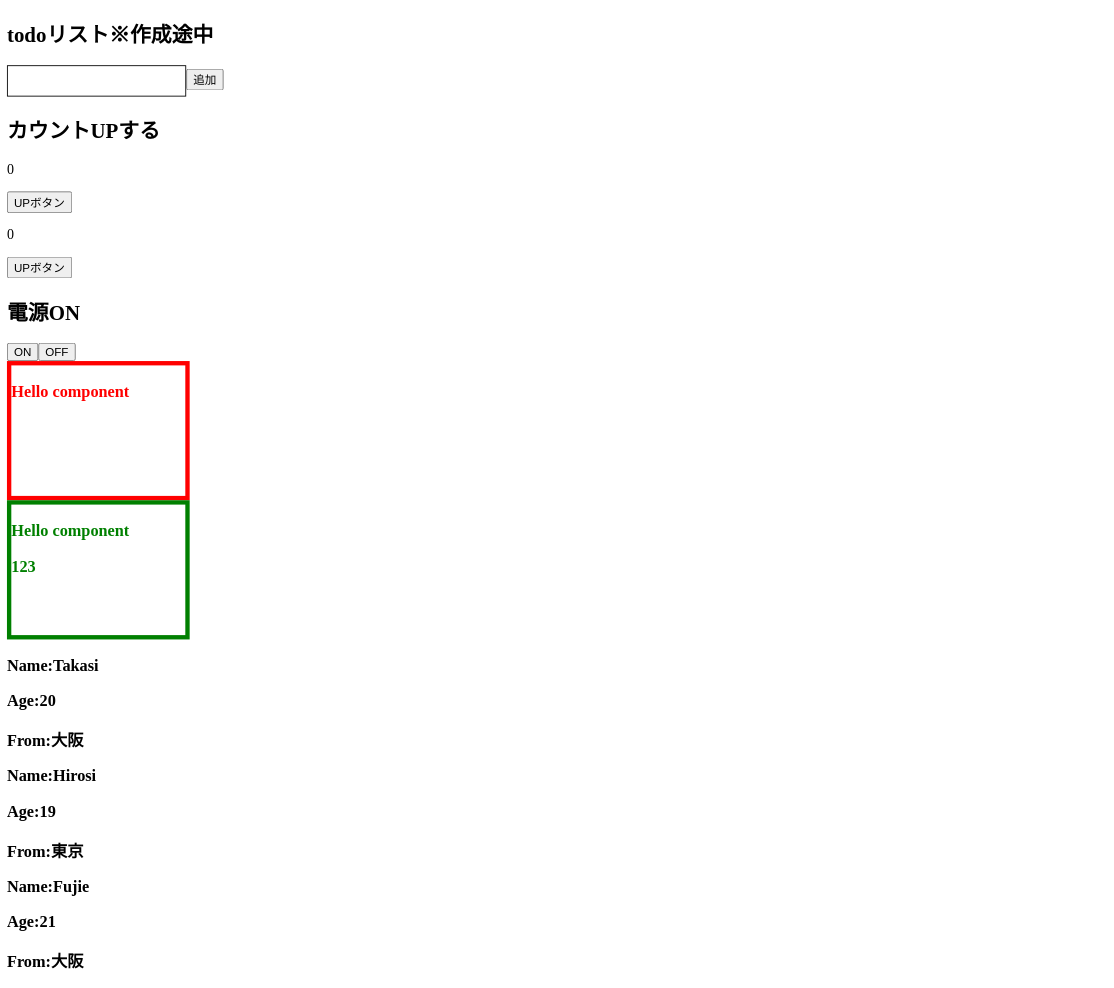
Repository: FujieRyou/react_practice
Page: /
These files come from the project's save history. The page is drawn as it stood at one moment and after the next save; the edit follows.
The browser window is 1280 px wide. The pictures show the whole page, at 87% of full size.
The project was rebuilt for these pictures with package versions that can differ from the ones it lists, and the page was loaded fresh each time. Also part of the build but not shown: vite.config.js.

Above is the page before, as saved 2023-01-13 16:39:27.

After the next save:
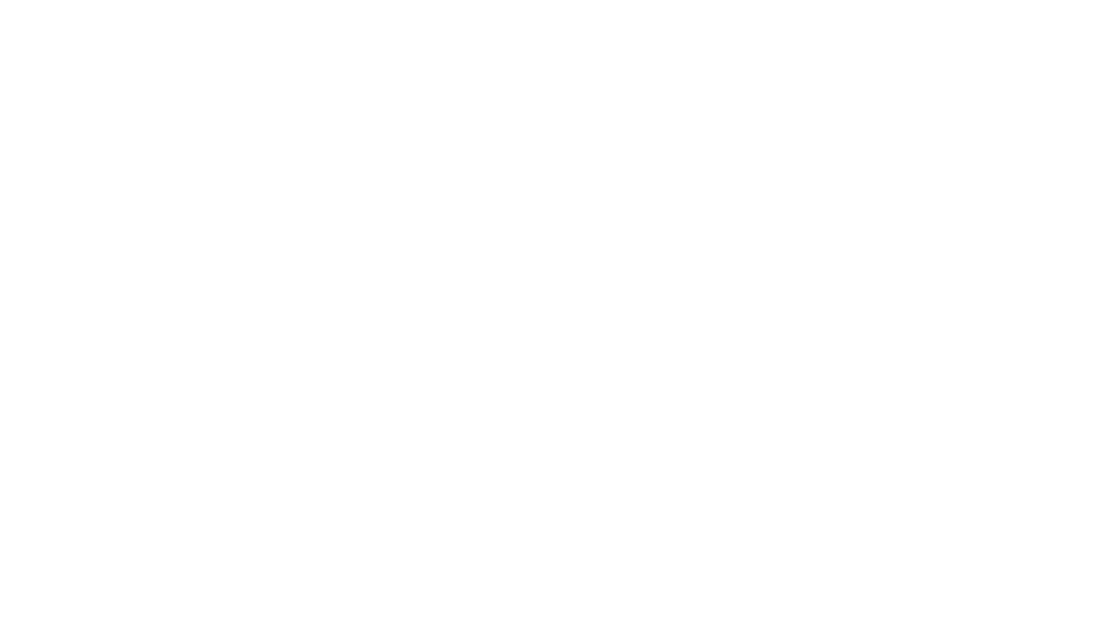
Console error: ReferenceError: changeIvent is not defined
Saved 37 s later.
--- a/src/App.jsx
+++ b/src/App.jsx
@@ -8,6 +8,7 @@
 import SwitchFlag from "./components/switchFlag"
 import PropsPractice from "./components/props1"
 import Profile from "./components/profile"
+import changeIvent from "./components/ivent"
 
 
 const App = () =>{
@@ -45,6 +46,8 @@
 
     <Profile/>
 
+    <ChangeIvent />
+
     </div>
 
 

After the 2 saves that followed:
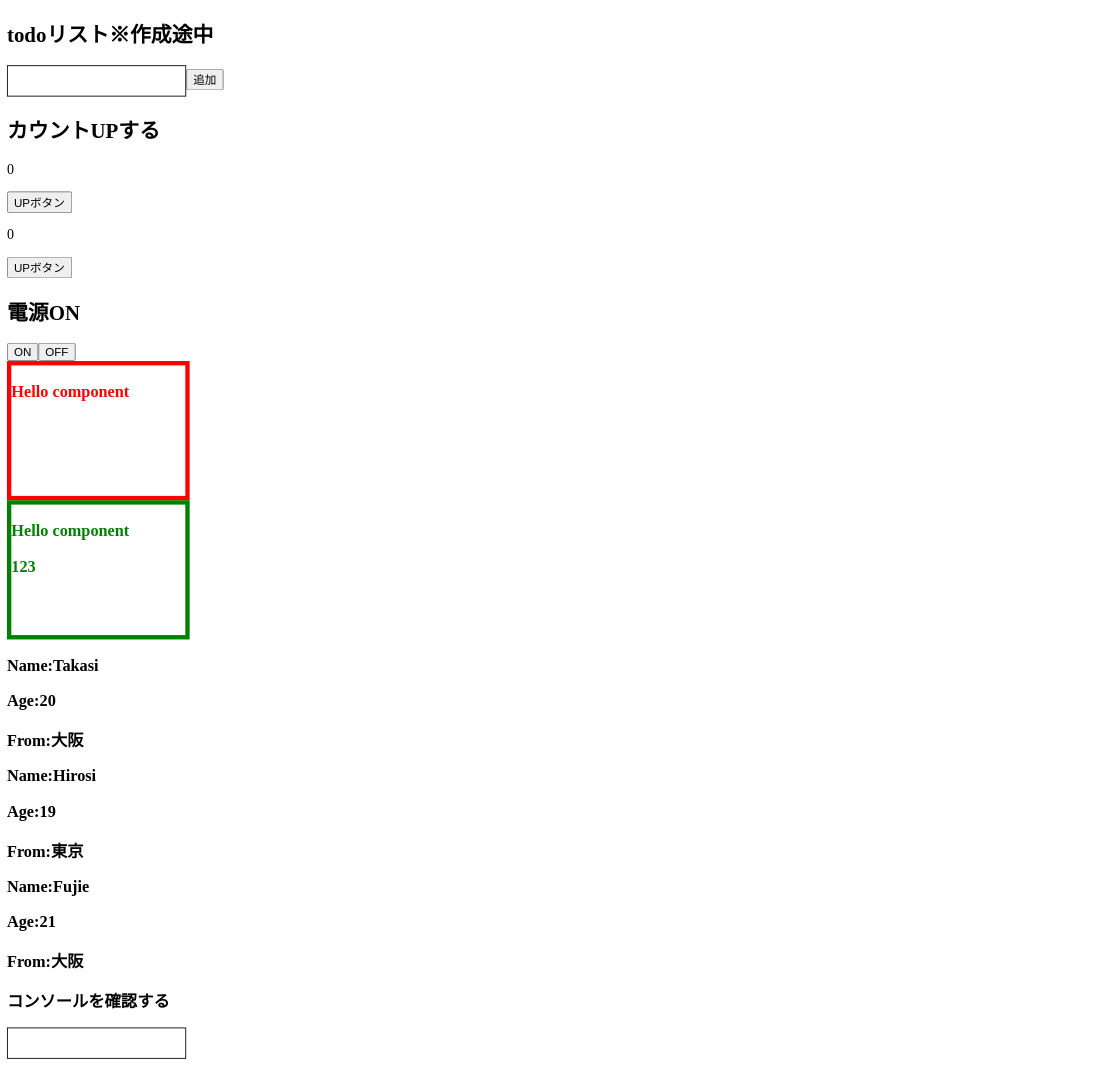
The error is gone.
The 2 saves are shown as one change because 1 left the picture as it was.
The last was saved 38 s later.
--- a/src/App.jsx
+++ b/src/App.jsx
@@ -8,7 +8,7 @@
 import SwitchFlag from "./components/switchFlag"
 import PropsPractice from "./components/props1"
 import Profile from "./components/profile"
-import changeIvent from "./components/ivent"
+import ChangeIvent from "./components/ivent"
 
 
 const App = () =>{
--- a/src/components/ivent.jsx
+++ b/src/components/ivent.jsx
@@ -9,4 +9,4 @@ const ChangeIvent = () =>{
     )
 }
 
-export default changeIvent
+export default ChangeIvent
